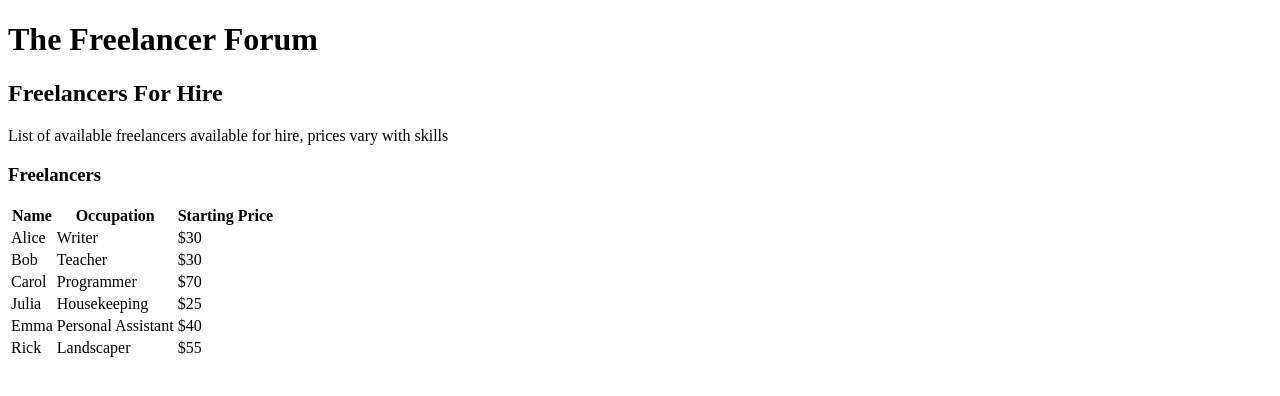
Repository: MelindaN14/Unit2.FreelancerForum
Page: forum/app.html
An editor plug-in stored every save of this project. The page is shown before and after the next save, followed by the edit.
The browser window is 1280 px wide. The pictures show the whole page.

Above is the page before, as saved 2024-04-10 21:39:12.

### forum/app.html
<!DOCTYPE html>
<html lang="en">
  <head>
    <meta charset="UTF-8" />
    <meta name="viewport" content="width=device-width, initial-scale=1.0" />
    <title>Document</title>
    <script src="app.js"></script>
  </head>
  <body>
    <h1>The Freelancer Forum</h1>
    <h2>Freelancers For Hire</h2>
    <p>
      List of available freelancers available for hire, prices vary with skills
    </p>
    <h3>Freelancers</h3>
      <!-- Freelancers added here -->
    </div>
    <table id="freelancersList">
      <tr>
        <th>Name</th>
        <th>Occupation</th>
        <th>Starting Price</th>
      </tr>
      <tr>
        <td>Alice</td>
        <td>Writer</td>
        <td>$30</td>
      </tr>
      <tr>
        <td>Bob</td>
        <td>Teacher</td>
        <td>$30</td>
      </tr>
      <tr>
        <td>Carol</td>
        <td>Programmer</td>
        <td>$70</td>
      </tr>
      <tr>
        <td>Julia</td>
        <td>Housekeeping</td>
        <td>$25</td>
      </tr>
      <tr>
        <td>Emma</td>
        <td>Personal Assistant</td>
        <td>$40</td>
      </tr>
      <tr>
        <td>Rick</td>
        <td>Landscaper</td>
        <td>$55</td>
      </tr>
    </table>
  </body>
</html>
<!-- write out names of the freelancers and their respective jobs
put them into a table? they want a new freelancer to be added and appear every few seconds and the aver
starting price -->

### forum/app.js
//  Freelancers names, jot title and starting price
// A few seconds later more freelancers name should appear along with job/price
// must use DOM ? wth
function theFreelancers ()
{
    const freelancersList = document.getElementById('freelancersList');

}
const names = ['Alice', 'Bob', 'Carol', 'Julia', 'Emma',''];
const occupations = ['Writer', 'Teacher', 'Programmer', 'Housekeeping', 'Personal Asst.'];

// let freelancers = [{
    // name:
// }]

console.log('hey');

After the next save:
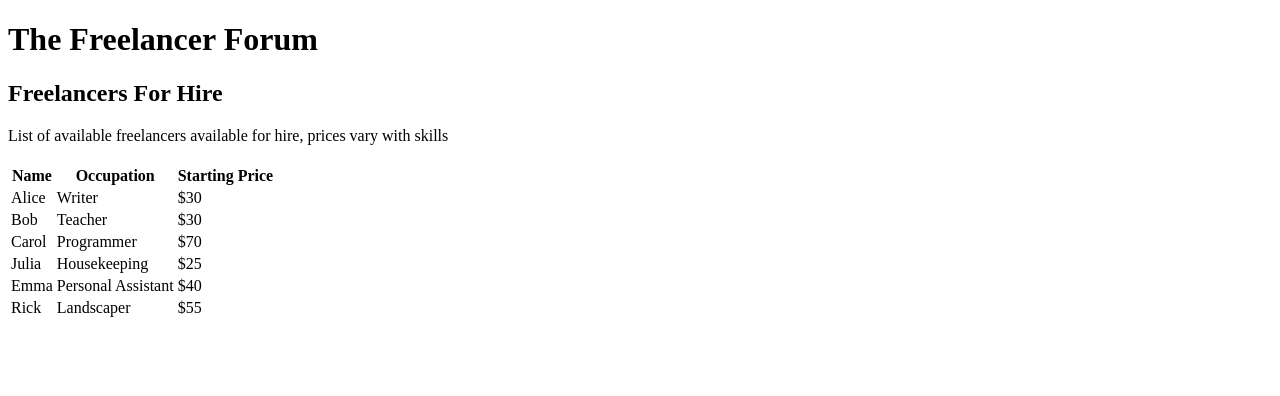
Saved 6 s later.
--- a/forum/app.html
+++ b/forum/app.html
@@ -12,7 +12,7 @@
     <p>
       List of available freelancers available for hire, prices vary with skills
     </p>
-    <h3>Freelancers</h3>
+    <h3></h3>
       <!-- Freelancers added here -->
     </div>
     <table id="freelancersList">
